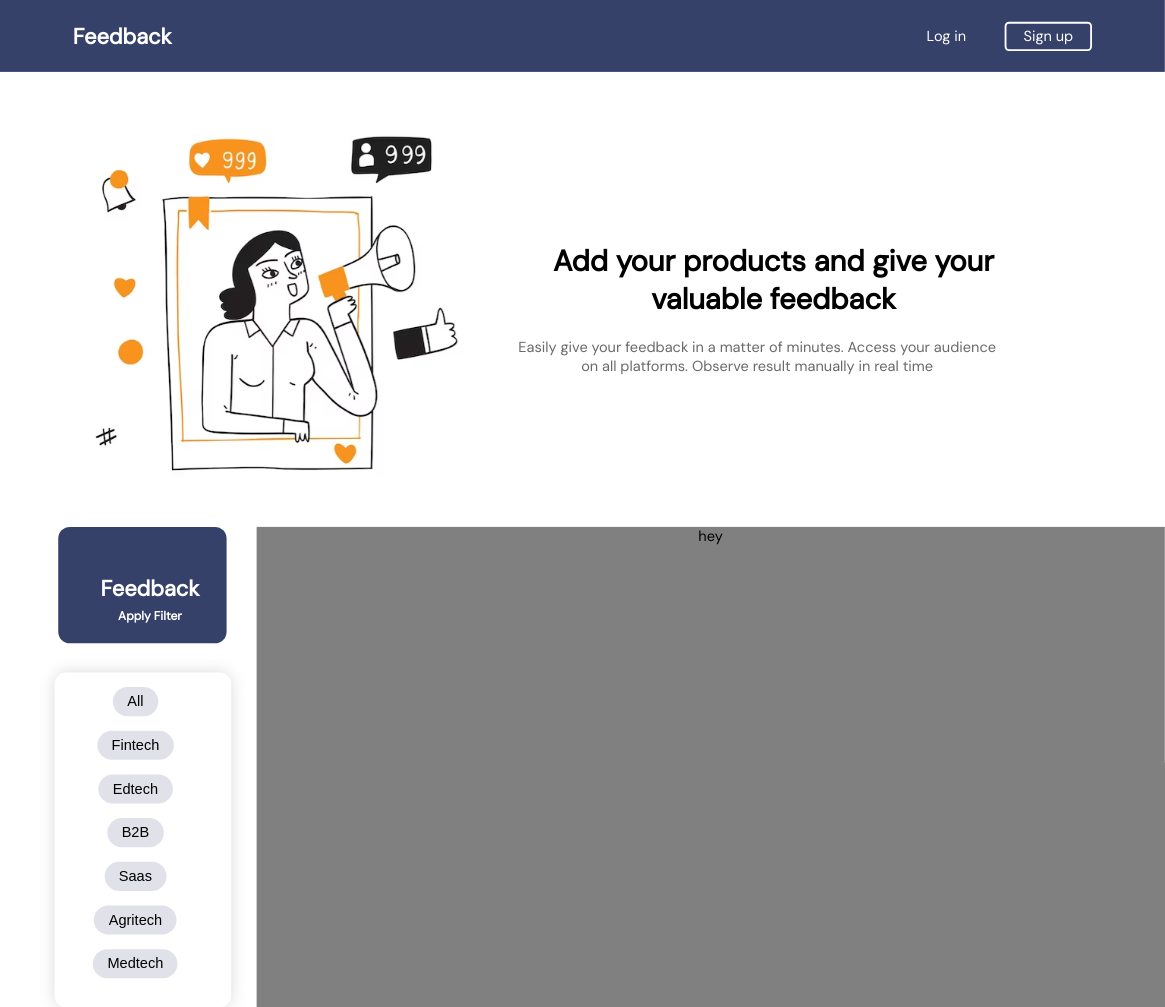
Repository: drumsmanku/final-evaluation-test
Page: / (app in client/)
The author's editor kept a copy of each file at every save. The page is drawn from the files as they stood at one save, then again after the next save.
The browser window is 1280 px wide. The pictures show the whole page, at 91% of full size.
The page's requests for data from a server got no answer. The project was rebuilt for these pictures with package versions that can differ from the ones it lists, and the page was loaded fresh each time. No one was signed in, and anything a server would have sent is missing.

Above is the page before, as saved 2023-07-29 14:00:37.

After the next save:
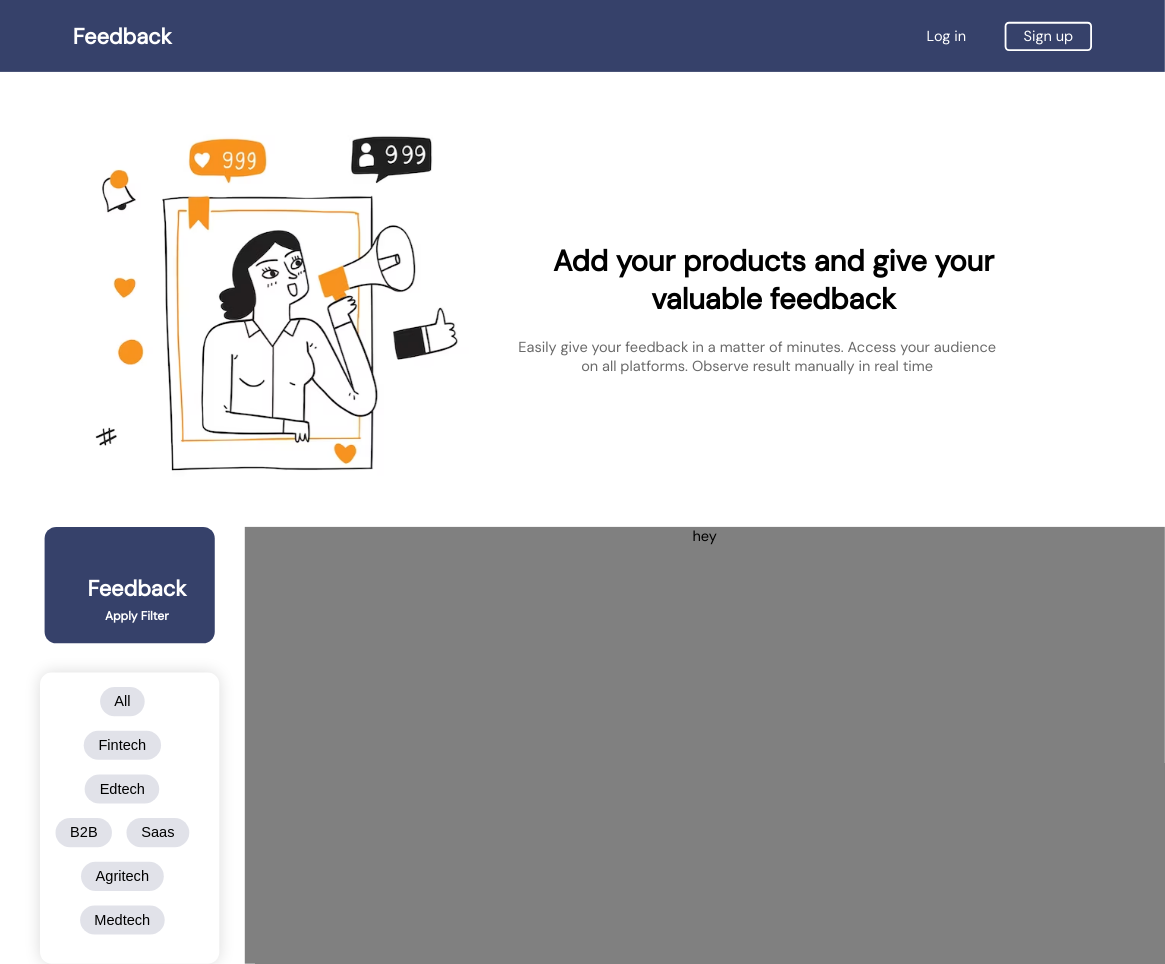
Saved 7 s later.
--- a/client/src/CSS/MainPage.css
+++ b/client/src/CSS/MainPage.css
@@ -57,7 +57,7 @@ body{
   display: flex;
   flex-direction: column;
   align-items: center;
-  margin-left: 2rem;
+  margin-left: 1rem;
 
 }
 .bottom-right{
